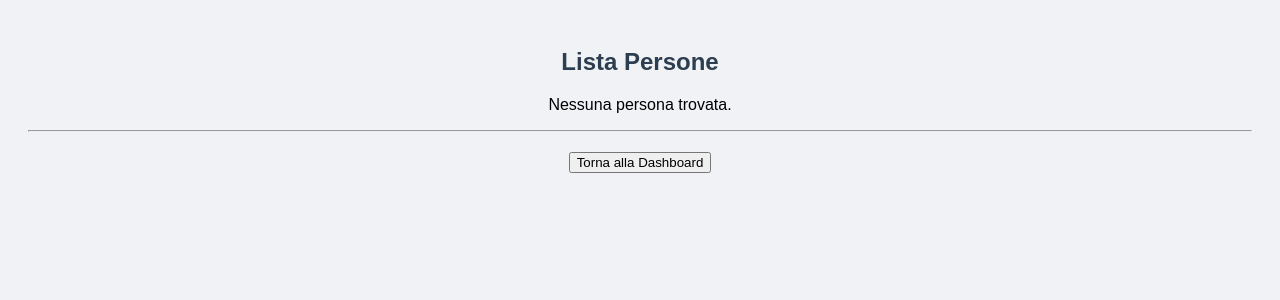
Repository: PcarloP/java_se
Page: http://localhost/anagraficaweb/update
These files come from the project's save history. The page is drawn as it stood at one moment and after the next save; the edit follows.
The browser window is 1280 px wide. The pictures show the whole page.
The page is served by Tomcat 10. Other server files are loaded and not shown. Queries for data that is not in the repository find no rows.

Above is the page before, as saved 2025-06-22 22:12:37.

### anagraficaweb/WebContent/updatesetter.jsp
<%@ page language="java" contentType="text/html; charset=UTF-8" import="java.util.List, it.promimpresa.anagrafica.modello.Persona" %>
<!DOCTYPE html>
<html lang="it">
<head>
    <meta charset="UTF-8" />
    <title>Aggiorna Persona</title>
    <style>
        body {
            font-family: Arial, sans-serif;
            background-color: #f0f2f5;
            padding: 20px;
        }
        h2 {
            text-align: center;
            color: #2c3e50;
        }
        table {
            margin: auto;
            width: 80%;
            border-collapse: collapse;
            background-color: #fff;
            box-shadow: 0 0 8px rgba(0,0,0,0.1);
        }
        th, td {
            padding: 12px;
            border: 1px solid #ddd;
            text-align: center;
        }
        th {
            background-color: #007bff;
            color: white;
        }
        a.button {
            padding: 6px 12px;
            background-color: #007bff;
            color: white;
            border-radius: 4px;
            text-decoration: none;
            cursor: pointer;
        }
        a.button:hover {
            background-color: #0056b3;
        }
        form.update-form {
            width: 80%;
            max-width: 600px;
            margin: 30px auto;
            background: white;
            padding: 20px;
            border-radius: 8px;
            box-shadow: 0 0 10px #aaa;
        }
        form.update-form label {
            display: block;
            margin-top: 10px;
            font-weight: bold;
        }
        form.update-form input[type="text"],
        form.update-form input[type="date"] {
            width: 100%;
            padding: 8px;
            margin-top: 5px;
            border: 1px solid #ccc;
            border-radius: 5px;
        }
        form.update-form button {
            margin-top: 20px;
            background-color: #28a745;
            border: none;
            padding: 10px 15px;
            color: white;
            font-weight: bold;
            border-radius: 5px;
            cursor: pointer;
        }
        form.update-form button:hover {
            background-color: #218838;
        }
    </style>
</head>
<body>

<h2>Lista Persone</h2>

<%
    List<Persona> persone = (List<Persona>) request.getAttribute("persone");
    Persona personaDaModificare = (Persona) request.getAttribute("persona");

    if (persone != null && !persone.isEmpty()) {
%>
<table>
    <thead>
        <tr>
            <th>ID</th>
            <th>Nome</th>
            <th>Cognome</th>
            <th>Codice Fiscale</th>
            <th>Data Nascita</th>
            <th>Modifica</th>
        </tr>
    </thead>
    <tbody>
    <% for (Persona p : persone) { %>
        <tr>
            <td><%= p.getId() %></td>
            <td><%= p.getNome() %></td>
            <td><%= p.getCognome() %></td>
            <td><%= p.getCF() %></td>
            <td><%= p.getDataNascita() != null ? p.getDataNascita().toLocalDate() : "" %></td>
            <td>
                <a class="button" href="<%=request.getContextPath()%>/update?id=<%= p.getId() %>">Modifica</a>
            </td>
        </tr>
    <% } %>
    </tbody>
</table>
<% } else { %>
    <p style="text-align:center;">Nessuna persona trovata.</p>
<% } %>

<% if (personaDaModificare != null) { %>
    <h2>Modifica Persona ID: <%= personaDaModificare.getId() %></h2>
    <form class="update-form" action="<%=request.getContextPath()%>/update" method="post">
        <input type="hidden" name="id" value="<%= personaDaModificare.getId() %>" />

        <label for="nome">Nome:</label>
        <input type="text" id="nome" name="nome" value="<%= personaDaModificare.getNome() %>" required />

        <label for="cognome">Cognome:</label>
        <input type="text" id="cognome" name="cognome" value="<%= personaDaModificare.getCognome() %>" required />

        <label for="cf">Codice Fiscale:</label>
        <input type="text" id="cf" name="cf" value="<%= personaDaModificare.getCF() %>" required />

        <label for="datanascita">Data di Nascita:</label>
        <input type="date" id="datanascita" name="dataNascita" value="<%= personaDaModificare.getDataNascita() != null ? personaDaModificare.getDataNascita().toLocalDate() : "" %>" />

        <button type="submit">Salva Modifiche</button>
    </form>
<% } %>


<hr>
<div style="text-align: center; margin-top: 20px;">
  <button type="button"
          class="button-link"
          onclick="window.location.href='<%=request.getContextPath()%>/dashboard.jsp'"
          aria-label="Torna alla Dashboard">
      Torna alla Dashboard
  </button>
</div>



</body>
</html>

### anagraficaweb/src/main/java/it/promimpresa/anagrafica/controllo/Update.java
package it.promimpresa.anagrafica.controllo;

import jakarta.servlet.ServletException;
import jakarta.servlet.annotation.WebServlet;
import jakarta.servlet.http.HttpServlet;
import jakarta.servlet.http.HttpServletRequest;
import jakarta.servlet.http.HttpServletResponse;
import java.io.IOException;
import java.time.LocalDate;
import java.time.LocalDateTime;
import java.time.format.DateTimeParseException;
import java.util.List;

import it.promimpresa.anagrafica.modello.Persona;
import it.promimpresa.anagrafica.persistenza.DAOException;
import it.promimpresa.anagrafica.persistenza.persistenza.impl.PersonaDAOImpl;

/**
 * Servlet implementation class Update
 */
@WebServlet("/update")
public class Update extends HttpServlet {
	private static final long serialVersionUID = 1L;
	private static PersonaDAOImpl personaDAO = new PersonaDAOImpl();

    /**
     * @see HttpServlet#HttpServlet()
     */
    public Update() {
        super();
        // TODO Auto-generated constructor stub
    }

	/**
	 * @see HttpServlet#doGet(HttpServletRequest request, HttpServletResponse response)
	 */
	protected void doGet(HttpServletRequest request, HttpServletResponse response) throws ServletException, IOException {

		String idParam = request.getParameter("id");
		 try {
	            if (idParam == null) {
	                // Nessun ID: mostra l'elenco delle persone da modificare
	                List<Persona> persone = personaDAO.findAll();
	                request.setAttribute("persone", persone);
	                request.getRequestDispatcher("/updatesetter.jsp").forward(request, response);
	            } else {
	                // Con ID: carica la persona specifica e mostra la pagina con form di modifica
	                int id = Integer.parseInt(idParam);
	                Persona persona = personaDAO.findById(id);

	                if (persona != null) {
	                    request.setAttribute("persone", personaDAO.findAll()); // per mostrare sempre la lista
	                    request.setAttribute("persona", persona);
	                    request.getRequestDispatcher("/updatesetter.jsp").forward(request, response);
	                } else {
	                    request.setAttribute("messaggio", "Persona con ID " + id + " non trovata.");
	                    request.setAttribute("persone", personaDAO.findAll());
	                    request.getRequestDispatcher("/updatesetter.jsp").forward(request, response);
	                }
	            }
	        } catch (DAOException | NumberFormatException e) {
	            request.setAttribute("messaggio", "Errore durante il caricamento dei dati.");
	            request.getRequestDispatcher("/dashboard.jsp").forward(request, response);
	        }
		}








	/**
	 * @see HttpServlet#doPost(HttpServletRequest request, HttpServletResponse response)
	 */
	protected void doPost(HttpServletRequest request, HttpServletResponse response) throws ServletException, IOException {

		 try {
	            String idParam = request.getParameter("id");
	            String nome = request.getParameter("nome");
	            String cognome = request.getParameter("cognome");
	            String cf = request.getParameter("cf");
	            String dataNascitaParam = request.getParameter("dataNascita");

	            if (idParam == null || idParam.isEmpty()) {
	                request.setAttribute("messaggio", "ID persona mancante per l'aggiornamento.");
	                doGet(request, response);
	                return;
	            }

	            int id = Integer.parseInt(idParam);
	            Persona persona = personaDAO.findById(id);

	            if (persona == null) {
	                request.setAttribute("messaggio", "Persona con ID " + id + " non trovata.");
	                doGet(request, response);
	                return;
	            }

	            // Aggiorna i dati
	            persona.setNome(nome);
	            persona.setCognome(cognome);
	            persona.setCF(cf);

	            if (dataNascitaParam != null && !dataNascitaParam.isEmpty()) {
	                try {
	                    LocalDate dataNascita = LocalDate.parse(dataNascitaParam);
	                    persona.setDataNascita(dataNascita.atStartOfDay());
	                } catch (DateTimeParseException e) {
	                    request.setAttribute("messaggio", "Data di nascita non valida, ignorata.");
	                }
	            } else {
	                persona.setDataNascita(null);
	            }

	            // Aggiorna nel DB
	            personaDAO.update(persona);

	            request.setAttribute("messaggio", "Persona aggiornata con successo!");
	        } catch (DAOException | NumberFormatException e) {
	            request.setAttribute("messaggio", "Errore durante l'aggiornamento.");
	        }

	        // Dopo l’aggiornamento ricarica la lista senza form di modifica
	        try {
	            List<Persona> persone = personaDAO.findAll();
	            request.setAttribute("persone", persone);
	        } catch (DAOException e) {
	            request.setAttribute("messaggio", "Errore nel caricamento della lista dopo aggiornamento.");
	        }
	        request.getRequestDispatcher("/updatesetter.jsp").forward(request, response);
	    }
}

### anagraficaweb/src/main/java/it/promimpresa/anagrafica/persistenza/DataSource.java
package it.promimpresa.anagrafica.persistenza;

import java.sql.DriverManager;
import java.sql.SQLException;

import com.sun.jdi.connect.spi.Connection;

public class DataSource {

	private static final String URL = "jdbc:mysql://localhost:3306/anagrafica_db";
	private static final String USER = "root";
	private static final String PASSWORD = "";
	private static final String DRIVER = "com.mysql.cj.jdbc.Driver";

	static {
		try {
			Class.forName(DRIVER);
		} catch (ClassNotFoundException e) {
			System.out.println(e.getMessage());
		}
	}

	public static java.sql.Connection getConnection() throws SQLException {
		return DriverManager.getConnection(URL, USER, PASSWORD);
	}
}

### anagraficaweb/src/main/java/it/promimpresa/anagrafica/persistenza/DBUtil.java
package it.promimpresa.anagrafica.persistenza;

import java.sql.*;

public class DBUtil {

	private DBUtil() {
	}

	public static void close(ResultSet rs) {
		try {
			if (rs != null) {
				rs.close();
			}
		} catch (SQLException e) {
			System.out.println(e.getMessage());
		}
	}

	public static void close(PreparedStatement statement) {
		try {
			if (statement != null) {
				statement.close();
			}
		} catch (SQLException e) {
			System.out.println(e.getMessage());
		}
	}

	public static void close(Connection connection) {
		try {
			if (connection != null) {
				connection.close();
			}
		} catch (SQLException e) {
			System.out.println(e.getMessage());
		}
	}

}

After the next save:
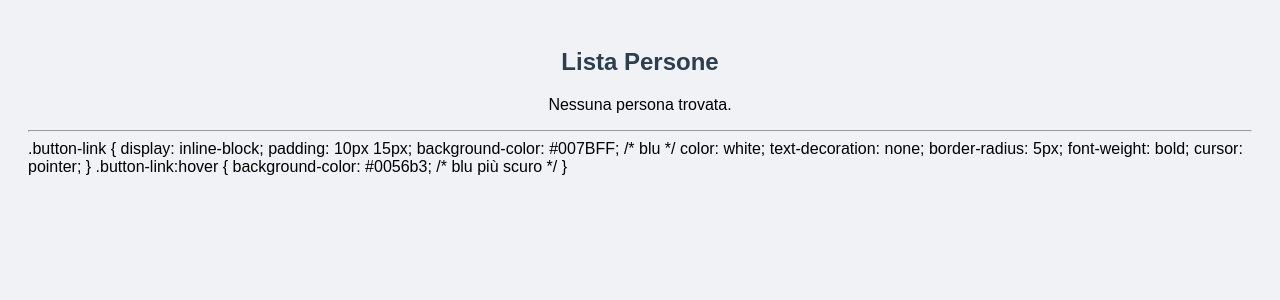
Saved 55 s later.
--- a/anagraficaweb/WebContent/updatesetter.jsp
+++ b/anagraficaweb/WebContent/updatesetter.jsp
@@ -141,15 +141,20 @@
 
 
 <hr>
-<div style="text-align: center; margin-top: 20px;">
-  <button type="button"
-          class="button-link"
-          onclick="window.location.href='<%=request.getContextPath()%>/dashboard.jsp'"
-          aria-label="Torna alla Dashboard">
-      Torna alla Dashboard
-  </button>
-</div>
+.button-link {
+    display: inline-block;
+    padding: 10px 15px;
+    background-color: #007BFF;  /* blu */
+    color: white;
+    text-decoration: none;
+    border-radius: 5px;
+    font-weight: bold;
+    cursor: pointer;
+}
 
+.button-link:hover {
+    background-color: #0056b3; /* blu più scuro */
+}
 
 
 </body>

After the save that followed:
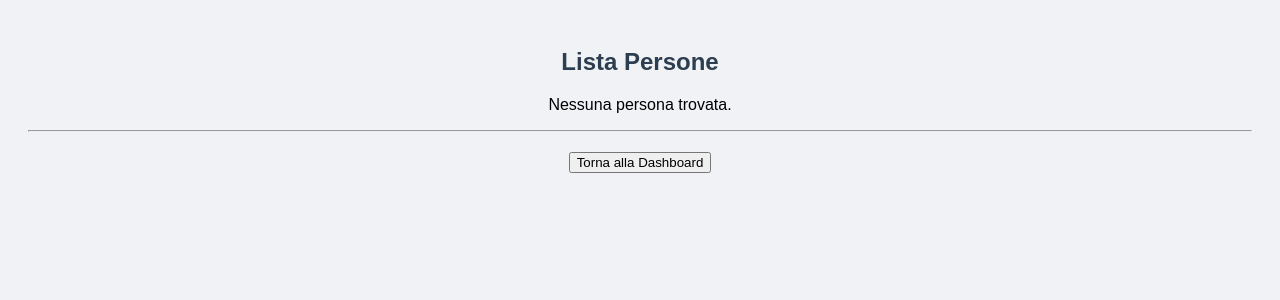
Saved 45 s later.
--- a/anagraficaweb/WebContent/updatesetter.jsp
+++ b/anagraficaweb/WebContent/updatesetter.jsp
@@ -141,21 +141,11 @@
 
 
 <hr>
-.button-link {
-    display: inline-block;
-    padding: 10px 15px;
-    background-color: #007BFF;  /* blu */
-    color: white;
-    text-decoration: none;
-    border-radius: 5px;
-    font-weight: bold;
-    cursor: pointer;
-}
-
-.button-link:hover {
-    background-color: #0056b3; /* blu più scuro */
-}
-
+<div style="text-align: center; margin-top: 20px;">
+  <button type="button" class="button-link" onclick="window.location.href='<%=request.getContextPath()%>/dashboard.jsp'">
+    Torna alla Dashboard
+  </button>
+</div>
 
 </body>
 </html>
